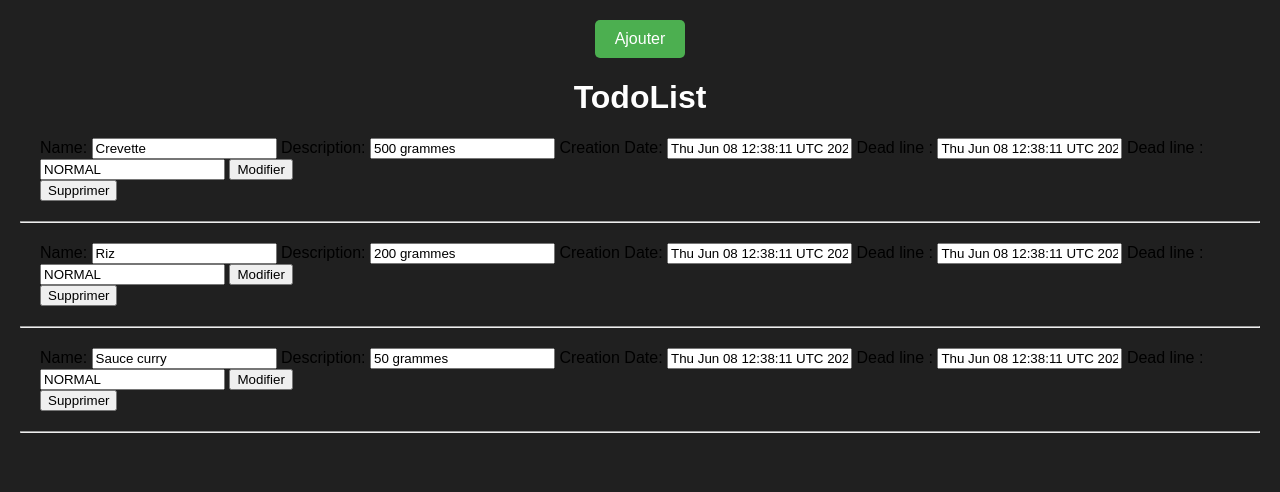
Repository: HugoGit-Hub/TodoList
Page: http://localhost/todo-list/TodoList
The author's editor kept a copy of each file at every save. The page is drawn from the files as they stood at one save, then again after the next save.
The browser window is 1280 px wide. The pictures show the whole page.
The page is served by Tomcat 9.

Above is the page before, as saved 2023-06-08 17:12:34.

After the next save:
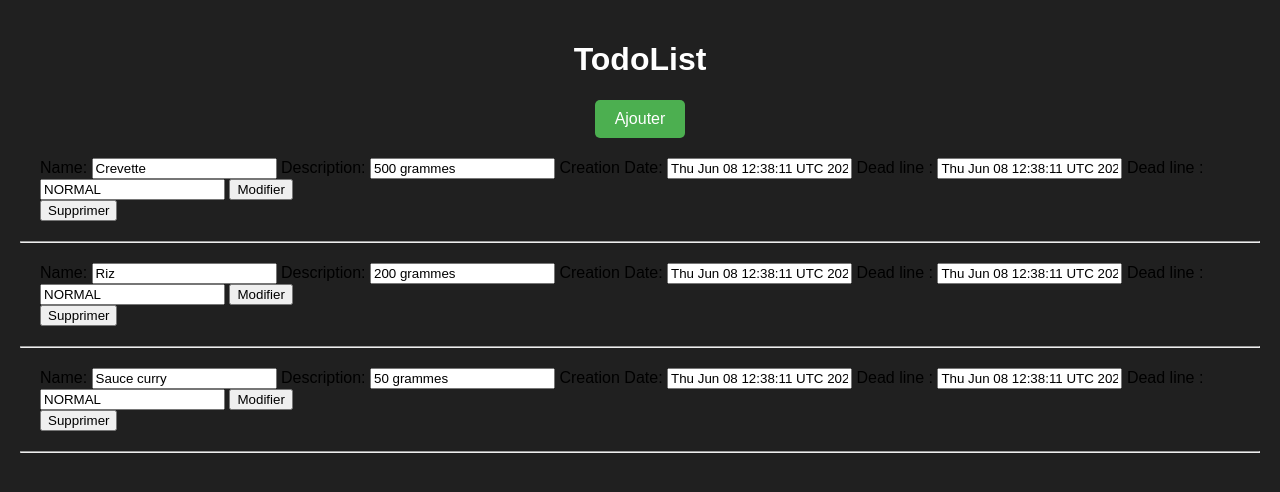
Saved 15 s later.
--- a/todo-list/src/main/webapp/jsp/todoList.jsp
+++ b/todo-list/src/main/webapp/jsp/todoList.jsp
@@ -13,13 +13,14 @@
 		<link href="../css/style.css" rel="stylesheet" type="text/css">
 	</head>
 	<body>
-		<div class="add-button">
-			<c:url var="todoCreateUrl" value="/TodoCreate"/>
-			<a href="${todoCreateUrl}">Ajouter</a>
-		</div>
-
 		<div>
 			<h1>TodoList</h1>
+
+			<div class="add-button">
+				<c:url var="todoCreateUrl" value="/TodoCreate"/>
+				<a href="${todoCreateUrl}">Ajouter</a>
+			</div>
+
 			<c:forEach items="${getAllTodo}" var="todo">
 				<div style="margin:20px">
 					<form method="post" action="http://localhost:8080/todo-list/TodoList">
